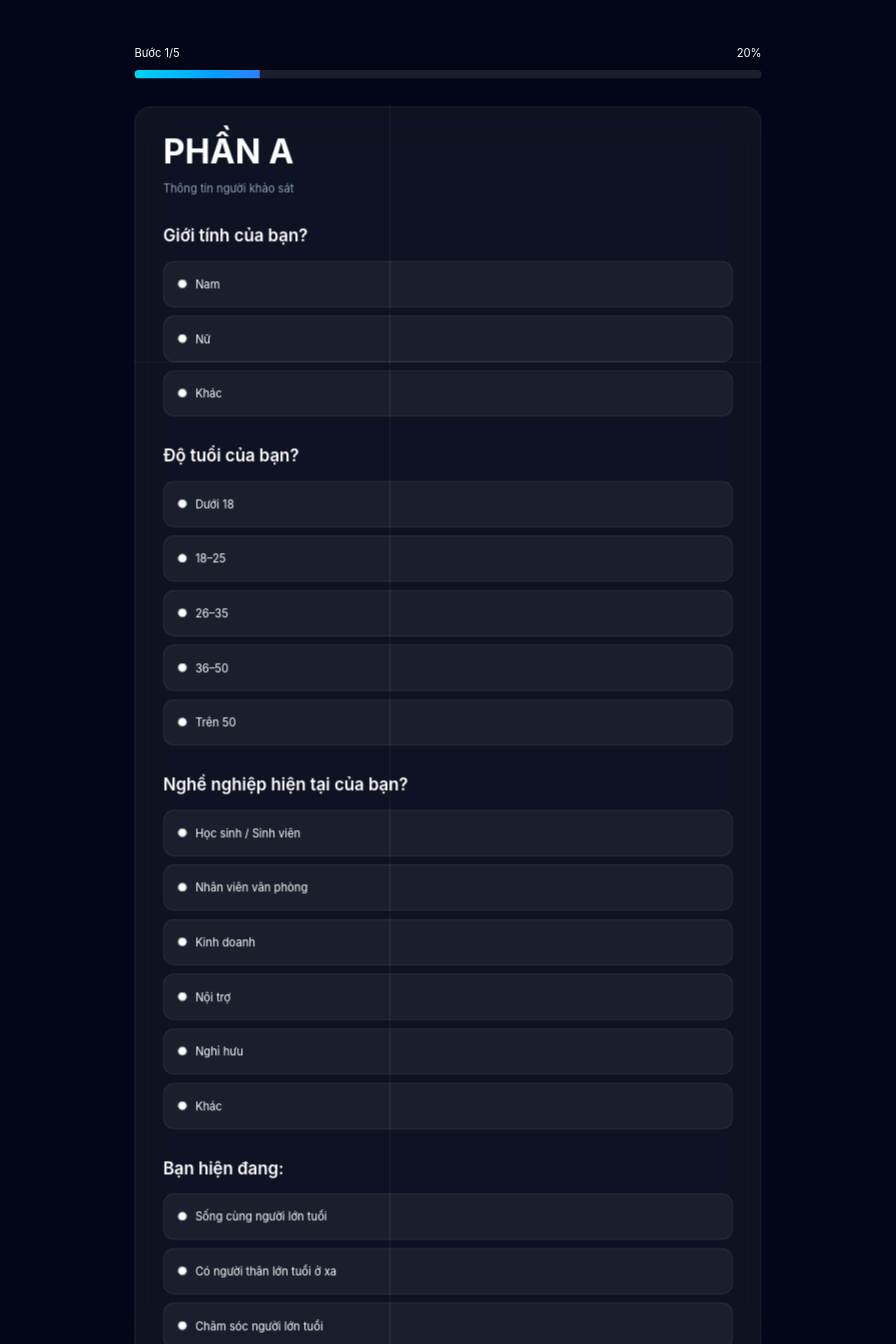
Repository: LuongPTCE181311/smart-pillow-survey
Page: /survey (app in frontend/)
The author's editor kept a copy of each file at every save. The page is drawn from the files as they stood at one save, then again after the next save.
The browser window is 1280 px wide. The pictures show the part of the page from y = 0 to 1920 px (the page is 2474 px tall before and 2774 px after), at 70% of full size.
The project was rebuilt for these pictures with package versions that can differ from the ones it lists, and the page was loaded fresh each time. Also part of the build but not shown: frontend/vite.config.js, frontend/src/components/Navbar.jsx, frontend/src/components/AnimatedBackground.jsx, frontend/src/components/ProductShowcase.jsx, frontend/src/components/HeroSection.jsx, frontend/src/components/VideoSection.jsx, frontend/src/components/ProblemSection.jsx, frontend/src/components/SolutionSection.jsx and 2 more. Imported but missing from the stored project, and not drawn on this page: frontend/src/assets/video.mp4.

Above is the page before, as saved 2026-06-03 19:27:09.

After the next save:
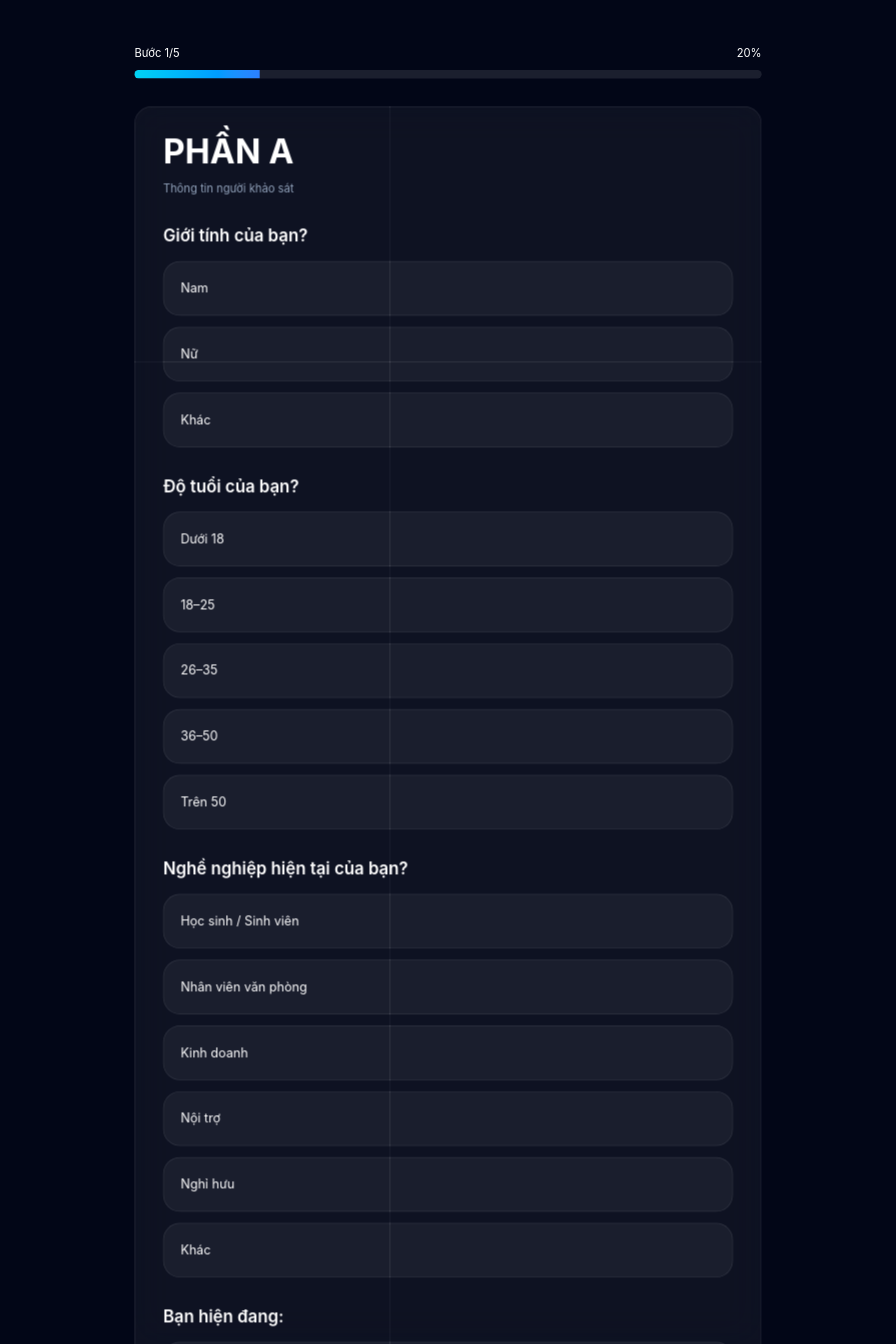
Saved 20 s later.
--- a/frontend/src/components/QuestionCard.jsx
+++ b/frontend/src/components/QuestionCard.jsx
@@ -11,41 +11,44 @@ export default function QuestionCard({ question, value, onChange }) {
         {question.question}
       </h2>
       {question.type === "radio" &&
-        question.options.map((option) => (
-          <label
-            key={option}
-            className="
-            block
+        question.options.map((option) => {
+          const selected = value === option;
 
-            p-5
+          return (
+            <div
+              key={option}
+              onClick={() => onChange(question.id, option)}
+              className={`
+          p-6
+          rounded-3xl
+          mb-4
+          cursor-pointer
 
-            rounded-2xl
+          transition-all
+          duration-300
 
-            bg-white/5
+          border
 
-            border
-
-            border-white/10
-
-            mb-3
-
-            cursor-pointer
-
-            hover:border-cyan-400
-            "
-          >
-            <input
-              type="radio"
-              name={question.id}
-              value={option}
-              checked={value === option}
-              onChange={(e) => onChange(question.id, e.target.value)}
-              className="mr-3"
-            />
-
-            {option}
-          </label>
-        ))}
+          ${
+            selected
+              ? `
+                border-cyan-400
+                bg-cyan-500/10
+                scale-[1.02]
+                shadow-[0_0_40px_rgba(6,182,212,0.3)]
+              `
+              : `
+                border-white/10
+                bg-white/5
+                hover:border-cyan-400/50
+              `
+          }
+        `}
+            >
+              <span className="text-lg">{option}</span>
+            </div>
+          );
+        })}
       {question.type === "checkbox" &&
         question.options.map((option) => (
           <label
